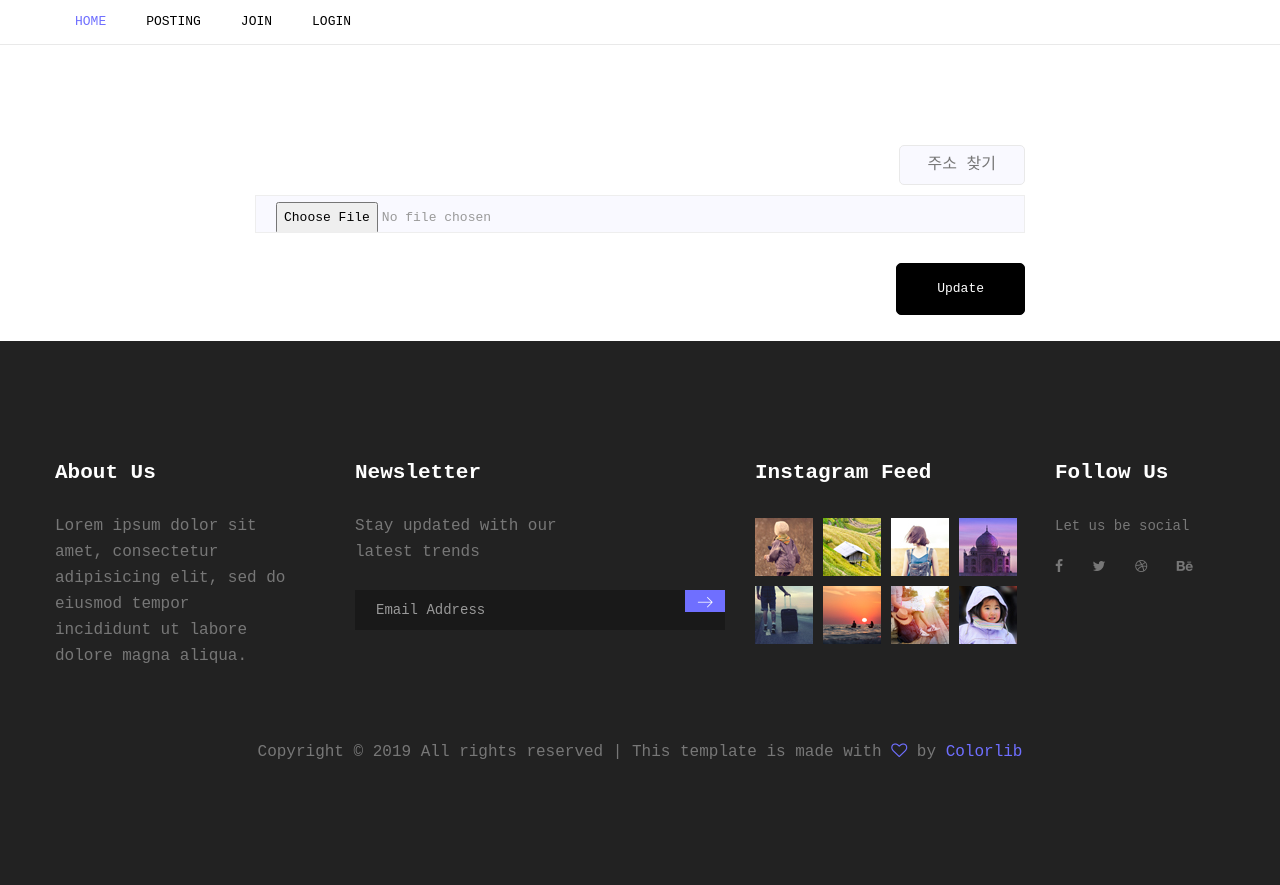
Repository: juneyj114/jspblog
Page: http://localhost/blog/user/userProfileForm.jsp
An editor plug-in stored every save of this project. The page is shown before and after the next save, followed by the edit.
The browser window is 1280 px wide. The pictures show the whole page.
Some web fonts or font styles are not loaded; a fallback is used. The page is served by Tomcat 9.

Above is the page before, as saved 2019-11-13 05:33:12.

After the next save:
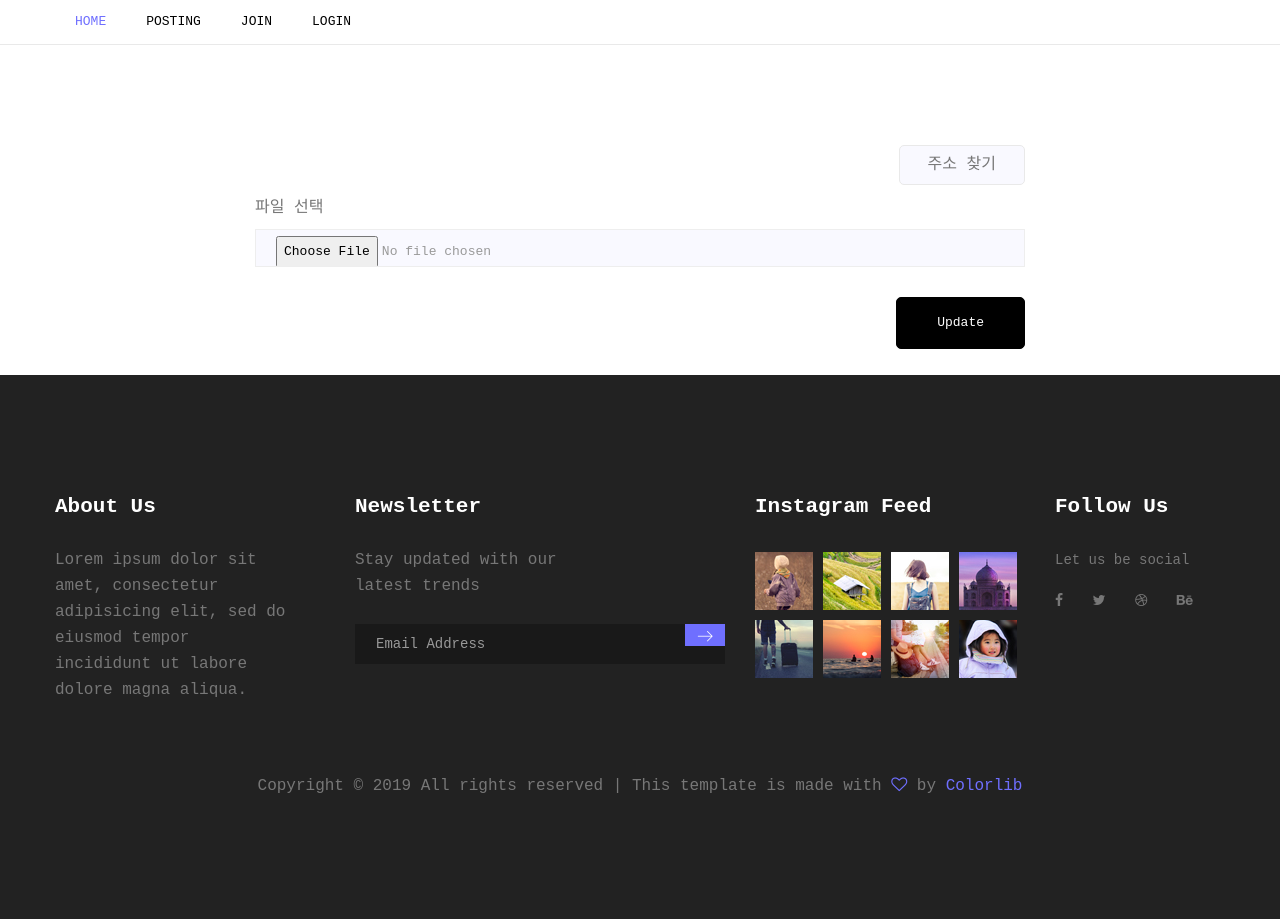
Saved 4 min 16 s later.
--- a/blog/WebContent/user/userProfileForm.jsp
+++ b/blog/WebContent/user/userProfileForm.jsp
@@ -17,7 +17,8 @@
 					</div>
 					<div class="col-md-12">
 						<div class="form-group">
-							<input type="file" class="form-control" name="userProfile" readonly>
+							<label for="filename">파일 선택</label>
+							<input type="file" id="filename" class="form-control" name="userProfile" readonly>
 						</div>
 					</div>
 					<div class="col-md-12 text-right">
